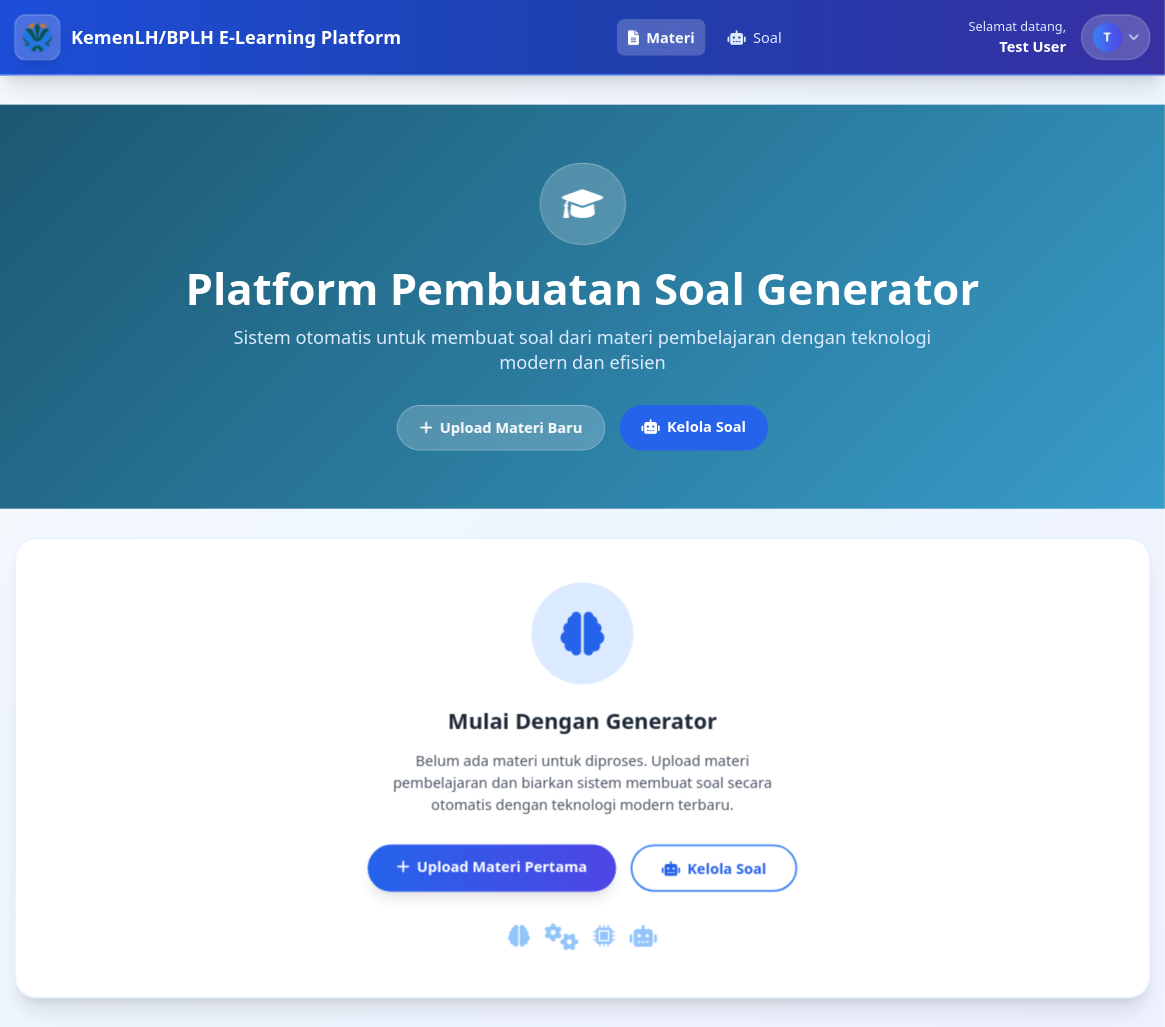
Repository: Autofat/LMS-MOOC
Page: http://localhost/materials
An editor plug-in stored every save of this project. The page is shown before and after the next save, followed by the edit.
The browser window is 1280 px wide. The pictures show the whole page, at 91% of full size.
Some web libraries are served in a nearby version. The page is served by the project's Laravel application, run on PHP 8.4 with Laravel 12. A made-up administrator, Test User (test@example.com), is signed in. Other server files are loaded and not shown. Queries for data that is not in the repository find no rows.

Above is the page before, as saved 2025-08-01 13:26:04.

### routes/web.php
<?php

use Illuminate\Support\Facades\Route;
use Illuminate\Support\Facades\Auth;
use Illuminate\Support\Facades\Http;
use Illuminate\Support\Facades\Storage;
use Illuminate\Http\Request;
use App\Http\Controllers\QuestionController;
use App\Http\Controllers\MaterialController;
use App\Http\Controllers\AuthController;

// Root redirect to login
Route::get('/', function () {
    // Force logout and clear session
    Auth::logout();
    session()->flush();
    session()->regenerate();

    return redirect()->route('login');
});

// Authentication Routes
Route::get('/login', [AuthController::class, 'showLoginForm'])->name('login');
Route::post('/login', [AuthController::class, 'login']);
Route::get('/register', [AuthController::class, 'showRegisterForm'])->name('register');
Route::post('/register', [AuthController::class, 'register']);
Route::post('/logout', [AuthController::class, 'logout'])->name('logout');

// Temporary route to clear session
Route::get('/clear-session', function () {
    Auth::logout();
    session()->flush();
    session()->regenerate();
    return redirect()->route('login')->with('success', 'Session cleared. Please login again.');
});

// Test route to check auth status
Route::get('/test-auth', function () {
    return response()->json([
        'auth_check' => Auth::check(),
        'user' => Auth::user(),
        'session_id' => session()->getId(),
        'session_data' => session()->all()
    ]);
});

// Protected Routes (require authentication)
Route::middleware(['auth'])->group(function () {

    // Debug route for testing n8n connection
    Route::get('/test-n8n-connection', function () {
        try {
            $testData = [
                'action' => 'test_connection',
                'timestamp' => now()->toISOString(),
                'message' => 'Laravel connection test'
            ];

            $n8nUrl = env('N8N_GENERATE_QUESTIONS_URL', 'http://localhost:5678/webhook/generate-questions');

            $response = Http::timeout(120)
                ->retry(2, 100)
                ->withOptions([
                    'verify' => false,
                    'allow_redirects' => true,
                    'http_errors' => false
                ])
                ->post($n8nUrl, $testData);

            return response()->json([
                'success' => true,
                'message' => 'n8n connection test completed',
                'url' => $n8nUrl,
                'request_data' => $testData,
                'response' => [
                    'status' => $response->status(),
                    'headers' => $response->headers(),
                    'body' => $response->body(),
                    'successful' => $response->successful()
                ]
            ]);

        } catch (\Exception $e) {
            return response()->json([
                'success' => false,
                'error' => $e->getMessage(),
                'error_class' => get_class($e)
            ], 500);
        }
    })->name('test.n8n.connection');

    // Material Routes
    Route::get('/materials', [MaterialController::class, 'index'])->name('materials.index');
    Route::get('/materials/create', [MaterialController::class, 'create'])->name('materials.create');
    Route::post('/materials', [MaterialController::class, 'store'])->name('materials.store');
    Route::get('/materials/{id}', [MaterialController::class, 'show'])->name('materials.show');
    Route::get('/materials/{id}/edit', [MaterialController::class, 'edit'])->name('materials.edit');
    Route::put('/materials/{id}', [MaterialController::class, 'update'])->name('materials.update');
    Route::delete('/materials/{id}', [MaterialController::class, 'destroy'])->name('materials.destroy');
    Route::get('/materials/{id}/download', [MaterialController::class, 'download'])->name('materials.download');

    // Debug routes for testing file uploads
    Route::get('/test-upload', function () {
        return view('test-upload');
    })->name('test.upload.form');

    Route::post('/test-upload', function (Request $request) {
        $info = [
            'has_file' => $request->hasFile('pdf_file'),
            'php_upload_max' => ini_get('upload_max_filesize'),
            'php_post_max' => ini_get('post_max_size'),
            'storage_writable' => is_writable(storage_path('app/public')),
            'materials_dir_exists' => Storage::disk('public')->exists('materials'),
        ];

        if ($request->hasFile('pdf_file')) {
            $file = $request->file('pdf_file');
            $info['file'] = [
                'name' => $file->getClientOriginalName(),
                'size' => $file->getSize(),
                'mime' => $file->getMimeType(),
                'is_valid' => $file->isValid(),
                'error' => $file->getError(),
            ];
        }

        return response()->json($info);
    })->name('test.upload');
    Route::get('/materials/{id}/questions', [MaterialController::class, 'questions'])->name('materials.questions');

    // Generate Questions with n8n
    Route::post('/materials/{id}/generate-questions', [MaterialController::class, 'generateQuestions'])->name('materials.generate-questions');
    Route::post('/materials/{id}/generate-questions-async', [MaterialController::class, 'generateQuestionsAsync'])->name('materials.generate-questions-async');
    Route::get('/materials/{id}/test-n8n', [MaterialController::class, 'testN8nConnection'])->name('materials.test-n8n');

    // Form Manual Input
    Route::get('/questions/create', [QuestionController::class, 'create'])->name('questions.create');
    Route::post('/questions', [QuestionController::class, 'store'])->name('questions.store');

    // Manage and Edit Questions
    Route::get('/questions/manage', [QuestionController::class, 'manage'])->name('questions.manage');
    Route::get('/questions/{id}/edit', [QuestionController::class, 'edit'])->name('questions.edit');
    Route::put('/questions/{id}', [QuestionController::class, 'update'])->name('questions.update');
    Route::delete('/questions/{id}', [QuestionController::class, 'destroy'])->name('questions.destroy');
});

### app/Models/Material.php
<?php

namespace App\Models;

use Illuminate\Database\Eloquent\Model;

class Material extends Model
{
    protected $fillable = [
        'title',
        'description',
        'file_path',
        'file_name',
        'file_size',
        'category',
        'is_active'
    ];

    protected $casts = [
        'is_active' => 'boolean',
    ];

    /**
     * Get the questions for this material.
     */
    public function questions()
    {
        return $this->hasMany(Question::class);
    }

    /**
     * Get file size in human readable format
     */
    public function getFileSizeHumanAttribute()
    {
        $bytes = $this->file_size;
        $units = ['B', 'KB', 'MB', 'GB'];

        for ($i = 0; $bytes > 1024 && $i < count($units) - 1; $i++) {
            $bytes /= 1024;
        }

        return round($bytes, 2) . ' ' . $units[$i];
    }
}

### app/Models/Question.php
<?php

namespace App\Models;

use Illuminate\Database\Eloquent\Model;

class Question extends Model
{
    protected $fillable = [
        'material_id',
        'question',
        'options',
        'answer',
        'explanation',
        'difficulty'
    ];

    protected $casts = [
        'options' => 'array',
    ];

    /**
     * Set difficulty to lowercase
     */
    public function setDifficultyAttribute($value)
    {
        $this->attributes['difficulty'] = $value ? strtolower($value) : null;
    }

    /**
     * Get difficulty with proper case
     */
    public function getDifficultyAttribute($value)
    {
        if (!$value) return null;

        // Capitalize first letter for display
        return ucfirst($value);
    }

    /**
     * Get the material that owns this question.
     */
    public function material()
    {
        return $this->belongsTo(Material::class);
    }
}

### resources/views/materials/index.blade.php
<!DOCTYPE html>
<html lang="en">

<head>
    <meta charset="UTF-8">
    <meta name="viewport" content="width=device-width, initial-scale=1.0">
    <title>Kelola Materi - KemenLH/BPLH E-Learning Platform</title>
    <script src="https://cdn.tailwindcss.com"></script>
    <link href="https://cdnjs.cloudflare.com/ajax/libs/font-awesome/6.0.0/css/all.min.css" rel="stylesheet">
    <style>
        .professional-gradient {
            background: linear-gradient(135deg, rgba(28,88,113,1) 0%, rgba(35,105,135,1) 25%, rgba(42,122,157,1) 50%, rgba(49,139,179,1) 75%, rgba(56,156,201,1) 100%);
        }
        .subtle-pattern {
            background-image: url("data:[embedded picture, 371 characters]");
        }
    </style>
</head>

<body class="bg-gradient-to-br from-slate-50 via-blue-50 to-indigo-50 min-h-screen subtle-pattern">
    <!-- Include Navbar Component -->
    @include('components.navbar')

    <!-- Hero Section -->
    <div class="professional-gradient text-white py-16 mb-8">
        <div class="container mx-auto px-4">
            <div class="text-center">
                <div class="flex justify-center mb-6">
                    <div class="bg-white/20 backdrop-blur-sm rounded-full p-6 border border-white/30">
                        <i class="fas fa-graduation-cap text-4xl text-white"></i>
                    </div>
                </div>
                <h1 class="text-4xl md:text-5xl font-bold mb-4">
                    Platform Pembuatan Soal Generator
                </h1>
                <p class="text-xl text-blue-100 mb-8 max-w-3xl mx-auto">
                    Sistem otomatis untuk membuat soal dari materi pembelajaran dengan teknologi modern dan efisien
                </p>
                <div class="flex flex-col sm:flex-row gap-4 justify-center">
                    <a href="{{ route('materials.create') }}"
                        class="bg-white/20 backdrop-blur-sm hover:bg-white/30 text-white font-bold py-3 px-6 rounded-full border border-white/30 transition-all duration-300 transform hover:scale-105">
                        <i class="fas fa-plus mr-2"></i>Upload Materi Baru
                    </a>
                    <a href="{{ route('questions.manage') }}"
                        class="bg-blue-600 hover:bg-blue-700 text-white font-bold py-3 px-6 rounded-full transition-all duration-300 transform hover:scale-105">
                        <i class="fas fa-robot mr-2"></i>Kelola Soal
                    </a>
                </div>
            </div>
        </div>
    </div>

    <!-- Main Content -->
    <div class="container mx-auto px-4 pb-8">
        @if ($materials->count() > 0)
            <!-- Statistics Cards -->
            <div class="grid grid-cols-1 md:grid-cols-3 gap-6 mb-8">
                <div class="bg-white/90 backdrop-blur-sm rounded-2xl shadow-lg p-6 border border-blue-100">
                    <div class="flex items-center">
                        <div class="bg-blue-100 p-3 rounded-full">
                            <i class="fas fa-file-alt text-blue-600 text-xl"></i>
                        </div>
                        <div class="ml-4">
                            <p class="text-sm text-gray-600">Total Materi</p>
                            <p class="text-2xl font-bold text-blue-700">{{ $materials->count() }}</p>
                        </div>
                    </div>
                </div>

                <div class="bg-white/90 backdrop-blur-sm rounded-2xl shadow-lg p-6 border border-indigo-100">
                    <div class="flex items-center">
                        <div class="bg-indigo-100 p-3 rounded-full">
                            <i class="fas fa-robot text-indigo-600 text-xl"></i>
                        </div>
                        <div class="ml-4">
                            <p class="text-sm text-gray-600">Soal Generated</p>
                            <p class="text-2xl font-bold text-indigo-700">{{ $materials->sum('questions_count') }}</p>
                        </div>
                    </div>
                </div>

                <div class="bg-white/90 backdrop-blur-sm rounded-2xl shadow-lg p-6 border border-slate-100">
                    <div class="flex items-center">
                        <div class="bg-slate-100 p-3 rounded-full">
                            <i class="fas fa-tags text-slate-600 text-xl"></i>
                        </div>
                        <div class="ml-4">
                            <p class="text-sm text-gray-600">Kategori Aktif</p>
                            <p class="text-2xl font-bold text-slate-700">{{ $materials->whereNotNull('category')->groupBy('category')->count() }}</p>
                        </div>
                    </div>
                </div>
            </div>

            <!-- Materials Grid -->
            <div class="grid grid-cols-1 md:grid-cols-2 lg:grid-cols-3 gap-6">
                @foreach ($materials as $material)
                    <div class="bg-white/95 backdrop-blur-sm rounded-2xl shadow-lg overflow-hidden hover:shadow-xl transition-all duration-300 transform hover:-translate-y-1 border border-blue-100">
                        <!-- Card Header with Professional Theme -->
                        <div class="bg-gradient-to-r from-blue-600 to-indigo-600 p-4">
                            <div class="flex items-center justify-between">
                                <div class="bg-white/20 backdrop-blur-sm rounded-full p-2">
                                    <i class="fas fa-file-text text-white text-lg"></i>
                                </div>
                                @if($material->category)
                                    <span class="bg-white/20 backdrop-blur-sm text-white text-xs px-3 py-1 rounded-full">
                                        {{ $material->category }}
                                    </span>
                                @endif
                            </div>
                        </div>

                        <div class="p-6">
                            <div class="mb-4">
                                <h3 class="text-xl font-semibold text-gray-800 truncate mb-2">
                                    {{ $material->title }}
                                </h3>
                                @if ($material->description)
                                    <p class="text-gray-600 text-sm mb-3 line-clamp-3">
                                        {{ $material->description }}
                                    </p>
                                @endif
                            </div>

                            <!-- File Info with Professional Icons -->
                            <div class="flex items-center text-sm text-gray-500 mb-4 bg-blue-50 p-3 rounded-lg">
                                <i class="fas fa-file-pdf text-blue-600 mr-2"></i>
                                <span class="truncate">{{ $material->file_name }}</span>
                            </div>

                            <div class="flex items-center justify-between text-sm text-gray-500 mb-4">
                                <div class="flex items-center">
                                    <i class="fas fa-weight text-blue-500 mr-1"></i>
                                    <span>{{ $material->file_size_human }}</span>
                                </div>
                                <div class="flex items-center">
                                    <i class="fas fa-robot text-indigo-500 mr-1"></i>
                                    <span>{{ $material->questions_count }} soal</span>
                                </div>
                            </div>

                            <div class="text-xs text-gray-400 mb-4 flex items-center">
                                <i class="fas fa-calendar text-blue-400 mr-1"></i>
                                Upload: {{ $material->created_at->format('d M Y H:i') }}
                            </div>

                            <!-- Action Buttons with Professional Theme -->
                            <div class="flex space-x-2">
                                <a href="{{ route('materials.show', $material->id) }}"
                                    class="flex-1 bg-gradient-to-r from-blue-600 to-blue-700 hover:from-blue-700 hover:to-blue-800 text-white text-center py-2 px-3 rounded-lg text-sm transition-all duration-300 transform hover:scale-105">
                                    <i class="fas fa-eye mr-1"></i>Detail
                                </a>
                                <a href="{{ route('materials.download', $material->id) }}"
                                    class="flex-1 bg-gradient-to-r from-indigo-600 to-indigo-700 hover:from-indigo-700 hover:to-indigo-800 text-white text-center py-2 px-3 rounded-lg text-sm transition-all duration-300 transform hover:scale-105">
                                    <i class="fas fa-download mr-1"></i>Download
                                </a>
                                <form method="POST" action="{{ route('materials.destroy', $material->id) }}"
                                    onsubmit="event.preventDefault(); showDeleteConfirmation(this, 'Yakin ingin menghapus materi ini? Semua soal yang terkait juga akan dihapus.'); return false;" class="inline">
                                    @csrf
                                    @method('DELETE')
                                    <button type="submit"
                                        class="bg-gradient-to-r from-red-500 to-red-600 hover:from-red-600 hover:to-red-700 text-white py-2 px-3 rounded-lg text-sm transition-all duration-300 transform hover:scale-105">
                                        <i class="fas fa-trash"></i>
                                    </button>
                                </form>
                            </div>
                        </div>
                    </div>
                @endforeach
            </div>

        <!-- Pagination -->
        @if ($materials->hasPages())
            <div class="mt-8">
                {{ $materials->links() }}
            </div>
        @endif
        @else
            <!-- Empty State with Professional Theme -->
            <div class="bg-white/95 backdrop-blur-sm shadow-xl rounded-3xl p-12 text-center border border-blue-100">
                <div class="text-blue-500 mb-6">
                    <div class="bg-blue-100 rounded-full p-8 inline-block">
                        <i class="fas fa-brain text-5xl text-blue-600"></i>
                    </div>
                </div>
                <h3 class="text-2xl font-bold text-gray-800 mb-4">Mulai Dengan Generator</h3>
                <p class="text-gray-600 mb-8 max-w-md mx-auto">
                    Belum ada materi untuk diproses. Upload materi pembelajaran dan biarkan sistem membuat soal secara otomatis dengan teknologi modern terbaru.
                </p>

                <div class="flex flex-col sm:flex-row gap-4 justify-center">
                    <a href="{{ route('materials.create') }}"
                        class="bg-gradient-to-r from-blue-600 to-indigo-600 hover:from-blue-700 hover:to-indigo-700 text-white font-bold py-3 px-8 rounded-full transition-all duration-300 transform hover:scale-105 shadow-lg">
                        <i class="fas fa-plus mr-2"></i>Upload Materi Pertama
                    </a>
                    <a href="{{ route('questions.manage') }}"
                        class="bg-white border-2 border-blue-500 text-blue-600 hover:bg-blue-50 font-bold py-3 px-8 rounded-full transition-all duration-300">
                        <i class="fas fa-robot mr-2"></i>Kelola Soal
                    </a>
                </div>

                <!-- Decorative Elements -->
                <div class="mt-8 flex justify-center space-x-4 text-blue-300">
                    <i class="fas fa-brain text-2xl"></i>
                    <i class="fas fa-cogs text-3xl"></i>
                    <i class="fas fa-microchip text-2xl"></i>
                    <i class="fas fa-robot text-2xl"></i>
                </div>
            </div>
        @endif
    </div>

    <!-- Include Delete Confirmation Modal -->
    @include('components.delete-confirmation-modal')
</body>

</html>

Loaded but not shown: app/Models/User.php (common file); app/Http/Controllers/Controller.php (common file); app/Http/Controllers/MaterialController.php (844 lines, source omitted); resources/views/components/navbar.blade.php (221 lines, source omitted); resources/views/components/delete-confirmation-modal.blade.php (76 lines, source omitted)

After the next save:
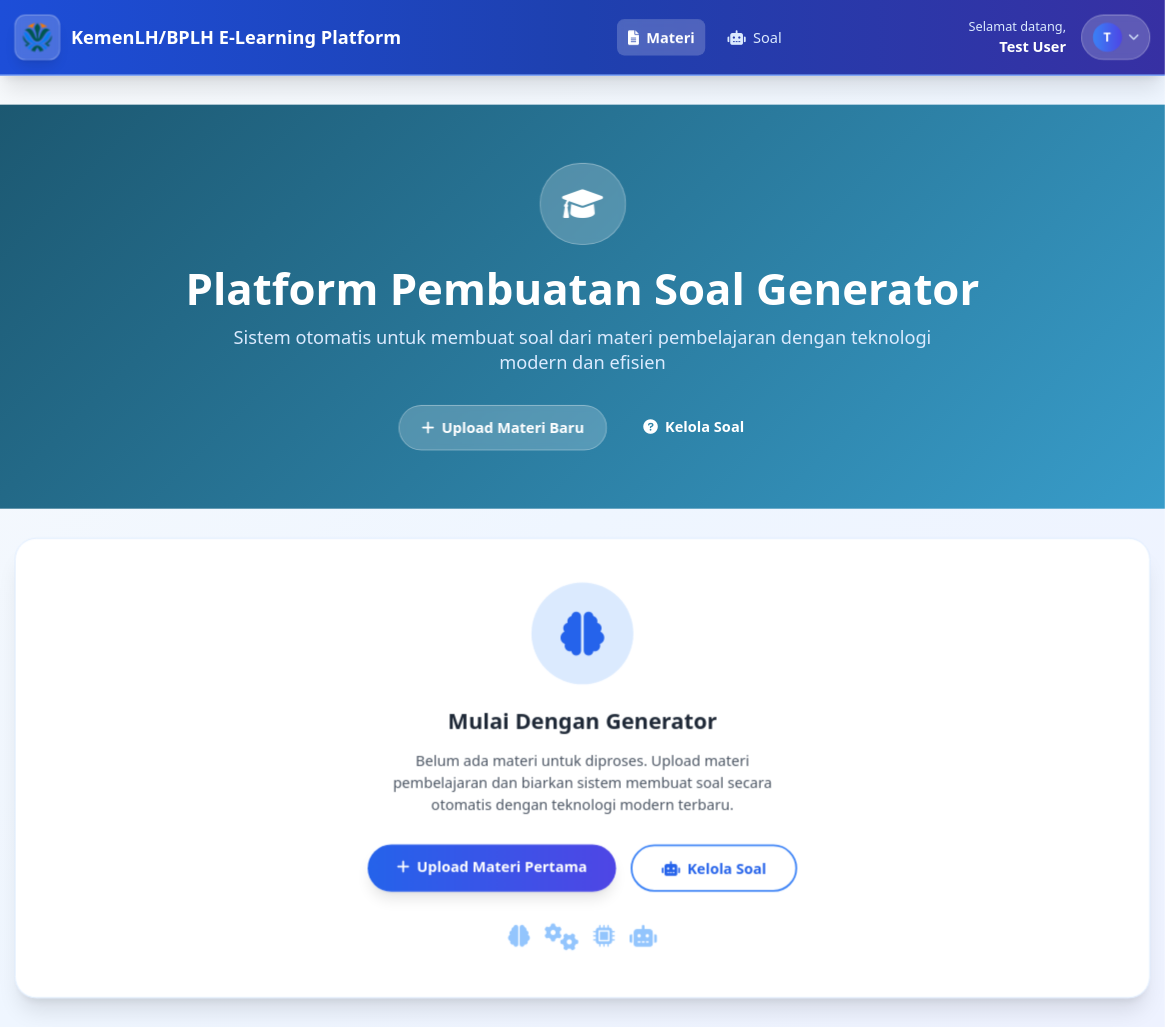
Saved 13 s later.
--- a/resources/views/materials/index.blade.php
+++ b/resources/views/materials/index.blade.php
@@ -42,8 +42,8 @@
                         <i class="fas fa-plus mr-2"></i>Upload Materi Baru
                     </a>
                     <a href="{{ route('questions.manage') }}"
-                        class="bg-blue-600 hover:bg-blue-700 text-white font-bold py-3 px-6 rounded-full transition-all duration-300 transform hover:scale-105">
-                        <i class="fas fa-robot mr-2"></i>Kelola Soal
+                        class="bg-rgba(28,88,113,0.8) hover:bg-rgba(28,88,113,1) text-white font-bold py-3 px-6 rounded-full transition-all duration-300 transform hover:scale-105">
+                        <i class="fas fa-question-circle mr-2"></i>Kelola Soal
                     </a>
                 </div>
             </div>
